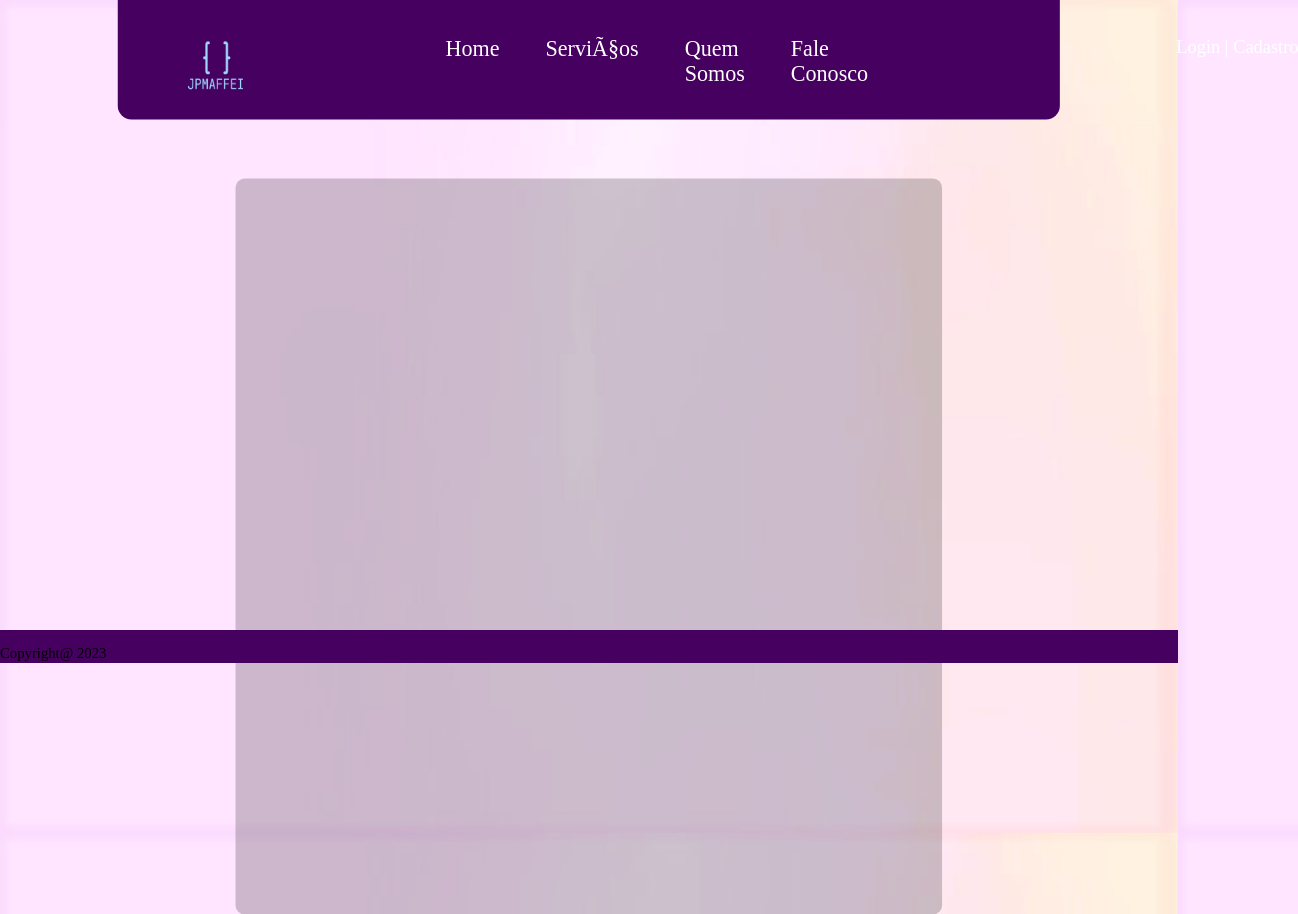
Repository: jpmaffei18/PROJETO_JAVA
Page: http://localhost/FinalWeb/
An editor plug-in stored every save of this project. The page is shown before and after the next save, followed by the edit.
The browser window is 1280 px wide. The page is 1411 px wide, so the pictures cover 1411 px, including what lies to the right of the window. The pictures show the whole page, at 92% of full size.
Backgrounds fixed to the window are drawn as part of the page. The page is served by Tomcat 9.

Above is the page before, as saved 2023-03-31 14:22:04.

After the next save:
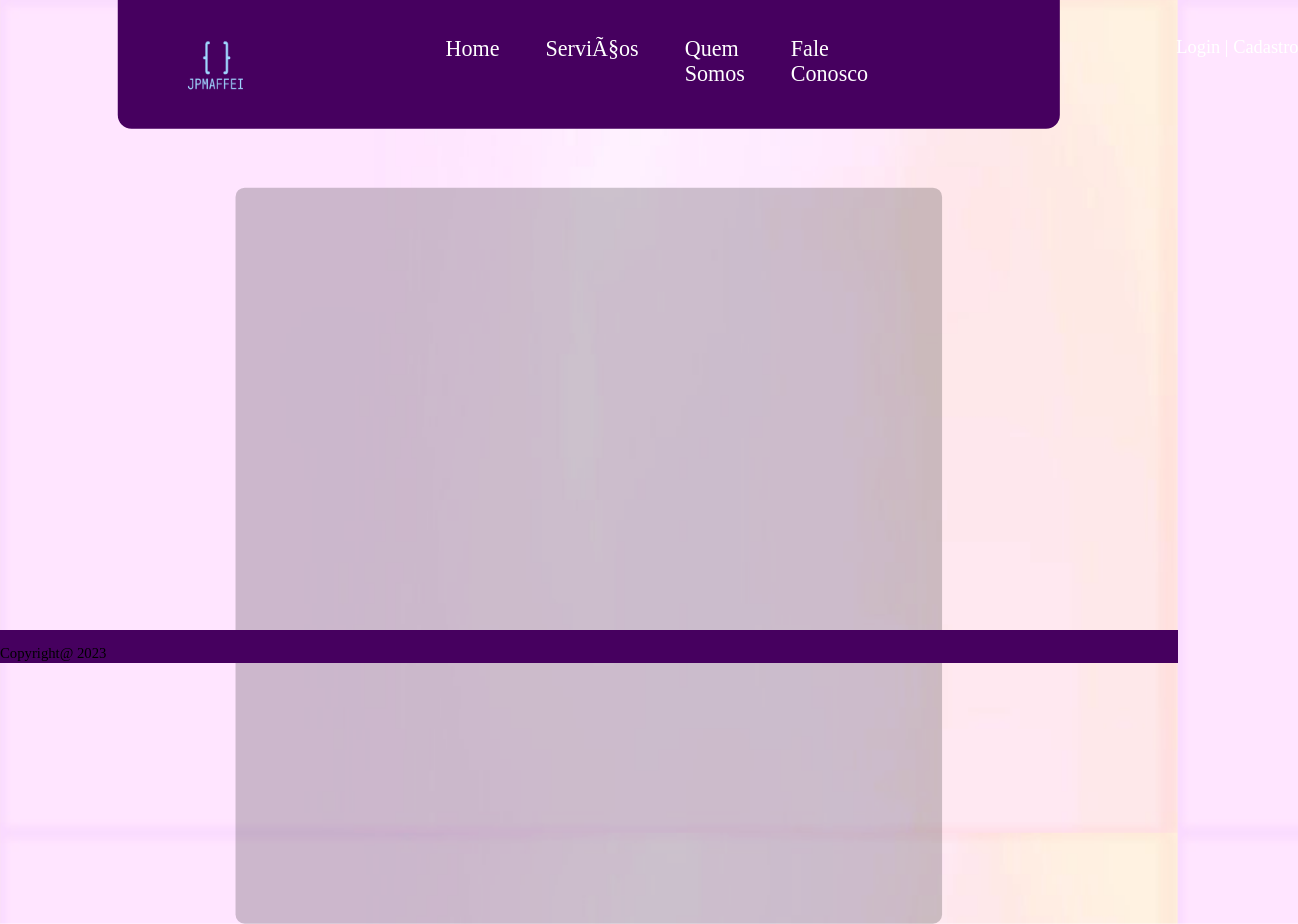
Saved 18 s later.
--- a/FinalWeb/src/main/webapp/home.css
+++ b/FinalWeb/src/main/webapp/home.css
@@ -14,7 +14,7 @@ body{
 header{
     background-color: #46005F;
     width: 80%;
-    height: 130px;
+    height: 140px;
     margin:auto;
     border-bottom-left-radius: 15px;
     border-bottom-right-radius: 15px;
